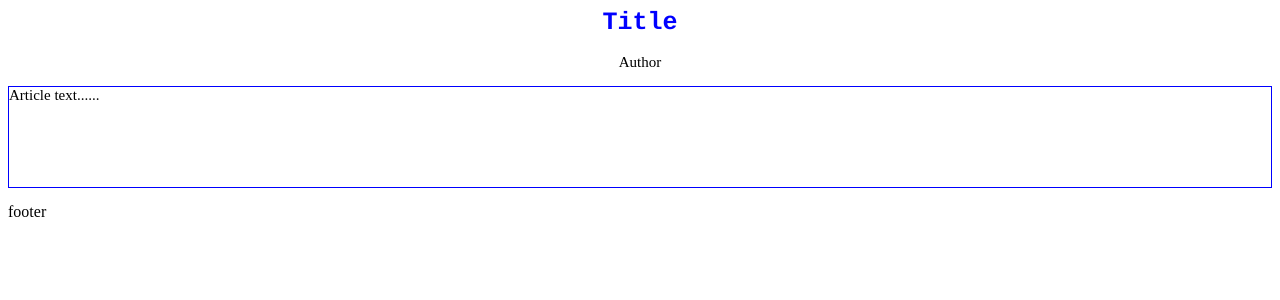
Repository: shahdhavalin/product-school
Page: index.html
The author's editor kept a record of every edit. The page is drawn from the files as they stood at one moment, then again after the next edit.
The browser window is 1280 px wide. The pictures show the whole page.

Above is the page before.

### index.html
<html>
    <head>
        <title>?</title>
        <style type="text/css">
            .byline {
                text-align: center;
            }
            p {
                text-align: left;
                font-size: 15
            }
            .article{
                border: 1px solid blue;
                border-width: 1px;
                height: 100px;
            }

        </style>
    </head>
    <body>
        <div>
            <h1 style="font-family: Courier;
            font-size: 25;
            text-align: center;
            color: blue">Title</h1>
            <p class="byline">Author</p>
            <p class="article">Article text......</p>
            <span class="footer">footer</span>

        </div>

    </body>

</html>

After the next edit:
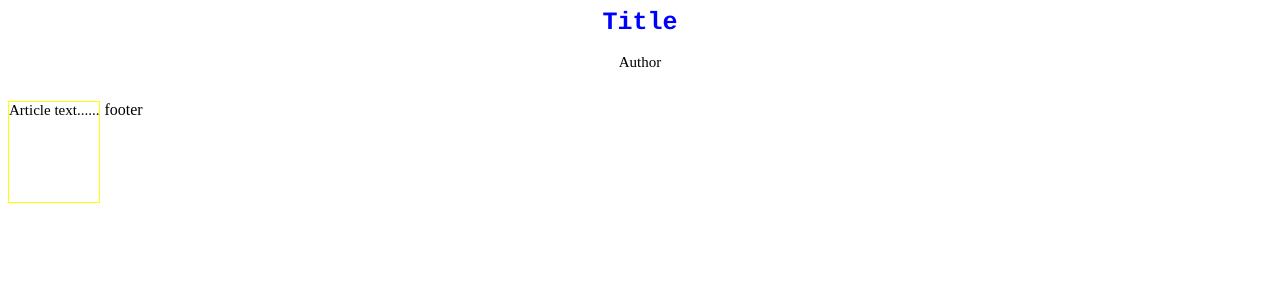
The edit:
--- a/index.html
+++ b/index.html
@@ -10,7 +10,8 @@
                 font-size: 15
             }
             .article{
-                border: 1px solid blue;
+                display: inline-block;
+                border: 1px solid yellow;
                 border-width: 1px;
                 height: 100px;
             }
